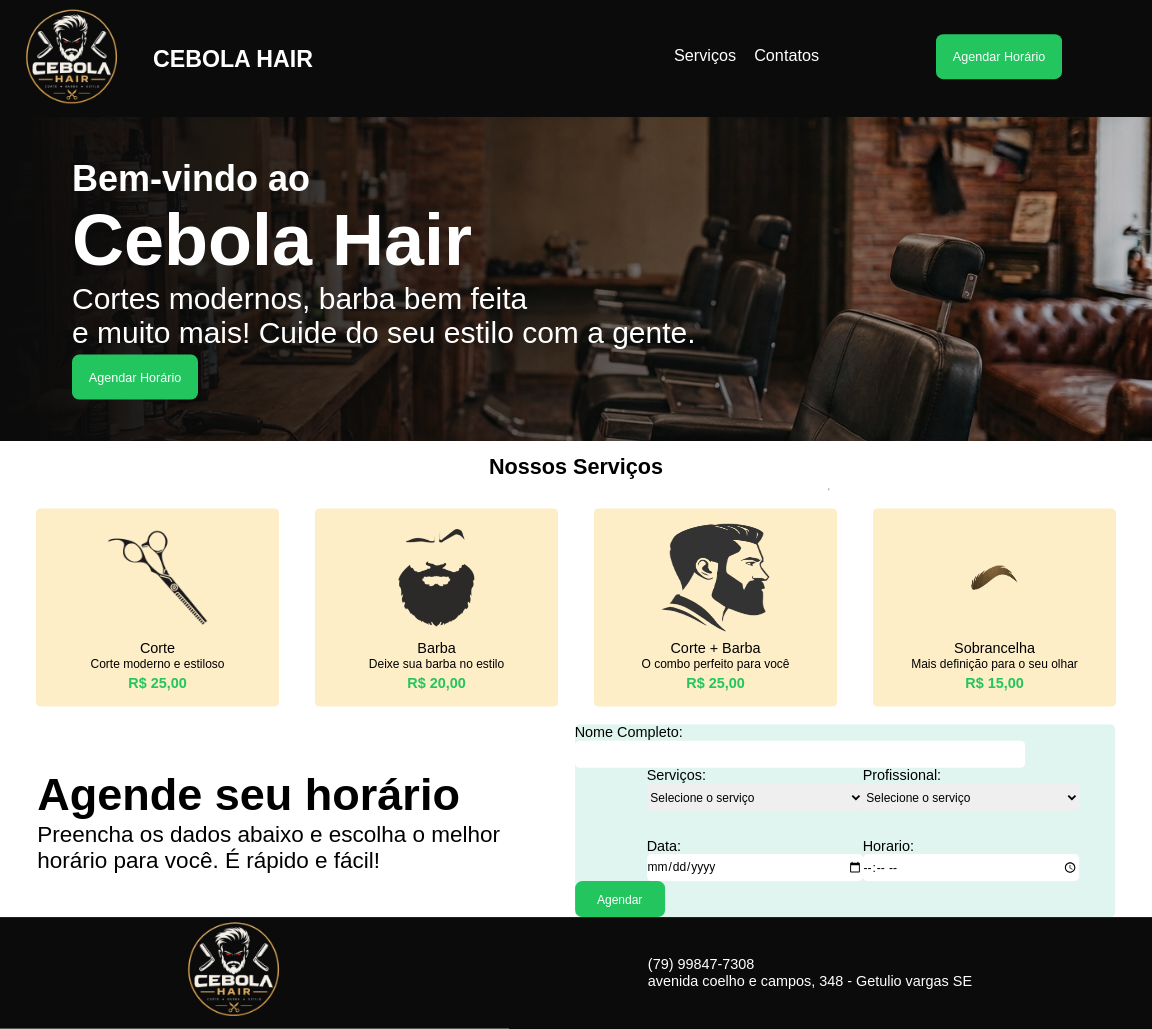
Repository: antonymsantana-design/final.activitie1
Page: index.html
The author's editor kept a copy of each file at every save. The page is drawn from the files as they stood at one save, then again after the next save.
The browser window is 1280 px wide. The pictures show the whole page, at 90% of full size.

Above is the page before, as saved 2026-09-15 19:55:53.

After the next save:
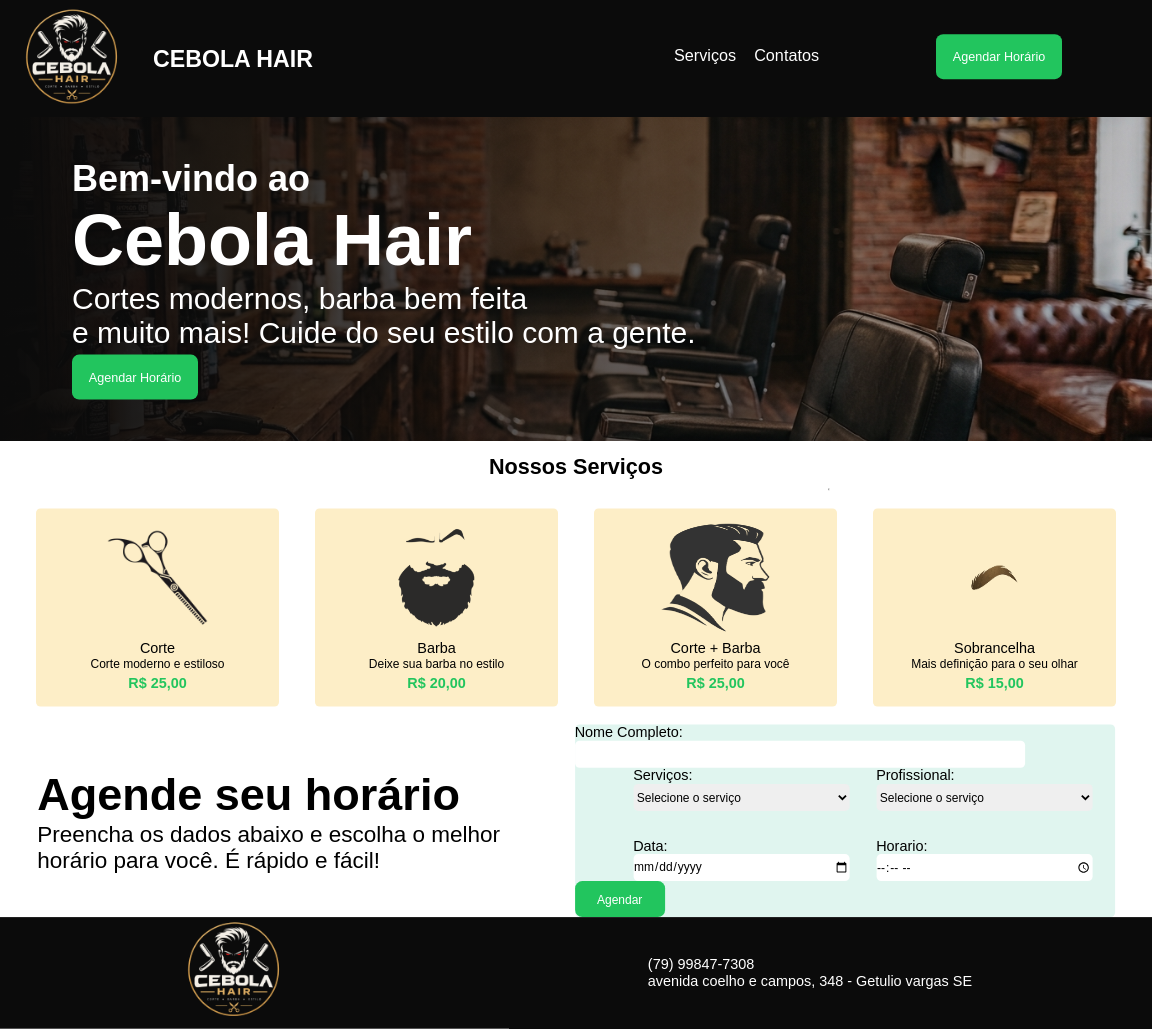
Saved 4 s later.
--- a/style.css
+++ b/style.css
@@ -177,7 +177,7 @@ hr {
     justify-content: center;
     grid-template-columns: repeat(2, 200px);
     gap: 30px;
-    column-gap: 40px;
+    column-gap: 70px;
 }
 
 .esq {
